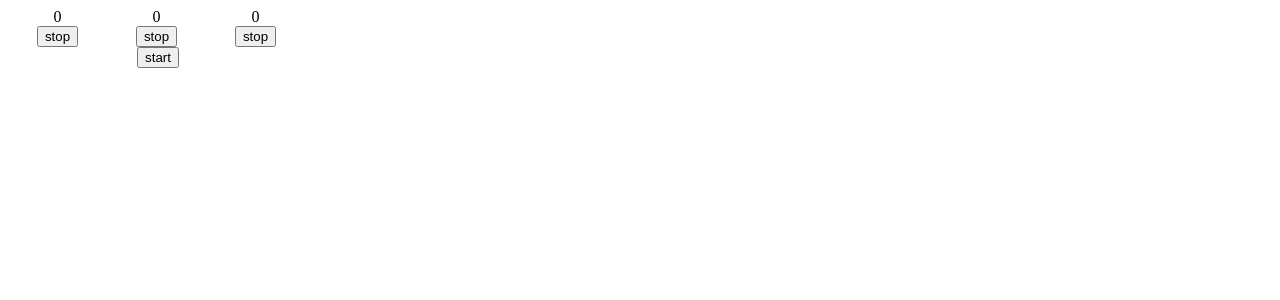
Repository: aoineco/todo-with-gamification
Page: random_reward/lab.html
An editor plug-in stored every save of this project. The page is shown before and after the next save, followed by the edit.
The browser window is 1280 px wide. The pictures show the whole page.

Above is the page before, as saved 2022-09-09 15:30:51.

### random_reward/lab.html
<!DOCTYPE html>
<html lang="en">
<head>
    <meta charset="UTF-8">
    <meta http-equiv="X-UA-Compatible" content="IE=edge">
    <meta name="viewport" content="width=device-width, initial-scale=1.0">
    <title>Document</title>
</head>
<body>
    <script>
        var carr = [{ f: false, v: 0, obj: null }, { f: false, v: 0, obj: null }, { f: false, v: 0, obj: null }];
        var nowStatus = false;
        window.addEventListener("load", function () {
            for (let i = 0; i < carr.length; i++) {
                carr[i].obj = document.getElementById("c" + (i + 1));
            }
            setInterval(interval, 20);//スロットの回転速度
        });
        function interval() {
            if (nowStatus) {
                for (let i = 0; i < carr.length; i++) {
                    if (carr[i].f) {
                        carr[i].v = (carr[i].v + 1) % 10;
                        carr[i].obj.innerHTML = carr[i].v;
                    }
                }
            }
        }
        function start() {
            if (nowStatus) { return; }
            nowStatus = true;
            for (let i = 0; i < carr.length; i++) {
                carr[i].f = true;
            }
        }
        function stop(c) {
            if (nowStatus) {
                carr[c].f = false;
                if (!carr[0].f && !carr[1].f && !carr[2].f) {
                    nowStatus = false;
                    if (carr[0].v == carr[1].v && carr[1].v == carr[2].v) {
                        document.getElementById("char").innerHTML = "あたり";
                    } else {
                        document.getElementById("char").innerHTML = "はずれ";
                    }
                }
            }
        }
    </script>

    <style>
        .w33 {
            width: 33%;
            text-align: center;
        }

        .w100 {
            width: 100%;
            text-align: center;
        }
    </style>

    <div style="display:flex;width:300px;flex-wrap:wrap;">
        <div id="c1" class="w33">0</div>
        <div id="c2" class="w33">0</div>
        <div id="c3" class="w33">0</div>
        <div class="w33"><button onclick="stop(0)">stop</button></div>
        <div class="w33"><button onclick="stop(1)">stop</button></div>
        <div class="w33"><button onclick="stop(2)">stop</button></div>
        <div class="w100"><button onclick="start()">start</button></div>
    </div>
    <div id="char"></div>
</body>
</html>

After the next save:
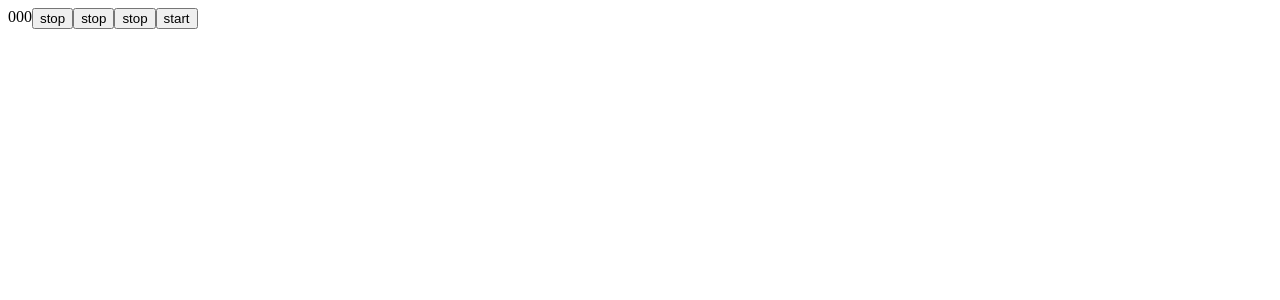
Saved 2 min 5 s later.
--- a/random_reward/lab.html
+++ b/random_reward/lab.html
@@ -27,7 +27,7 @@
             }
         }
         function start() {
-            if (nowStatus) { return; }
+            if (nowStatus) { return; }//一度ストップした数字
             nowStatus = true;
             for (let i = 0; i < carr.length; i++) {
                 carr[i].f = true;
@@ -48,7 +48,7 @@
         }
     </script>
 
-    <style>
+    <!-- <style>
         .w33 {
             width: 33%;
             text-align: center;
@@ -58,7 +58,7 @@
             width: 100%;
             text-align: center;
         }
-    </style>
+    </style> -->
 
     <div style="display:flex;width:300px;flex-wrap:wrap;">
         <div id="c1" class="w33">0</div>

After the save that followed:
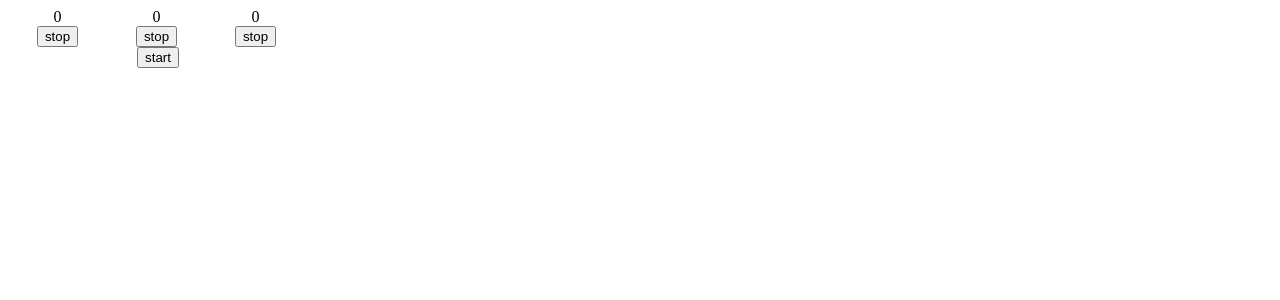
Saved 13 s later.
--- a/random_reward/lab.html
+++ b/random_reward/lab.html
@@ -48,7 +48,7 @@
         }
     </script>
 
-    <!-- <style>
+    <style>
         .w33 {
             width: 33%;
             text-align: center;
@@ -58,7 +58,7 @@
             width: 100%;
             text-align: center;
         }
-    </style> -->
+    </style>
 
     <div style="display:flex;width:300px;flex-wrap:wrap;">
         <div id="c1" class="w33">0</div>
